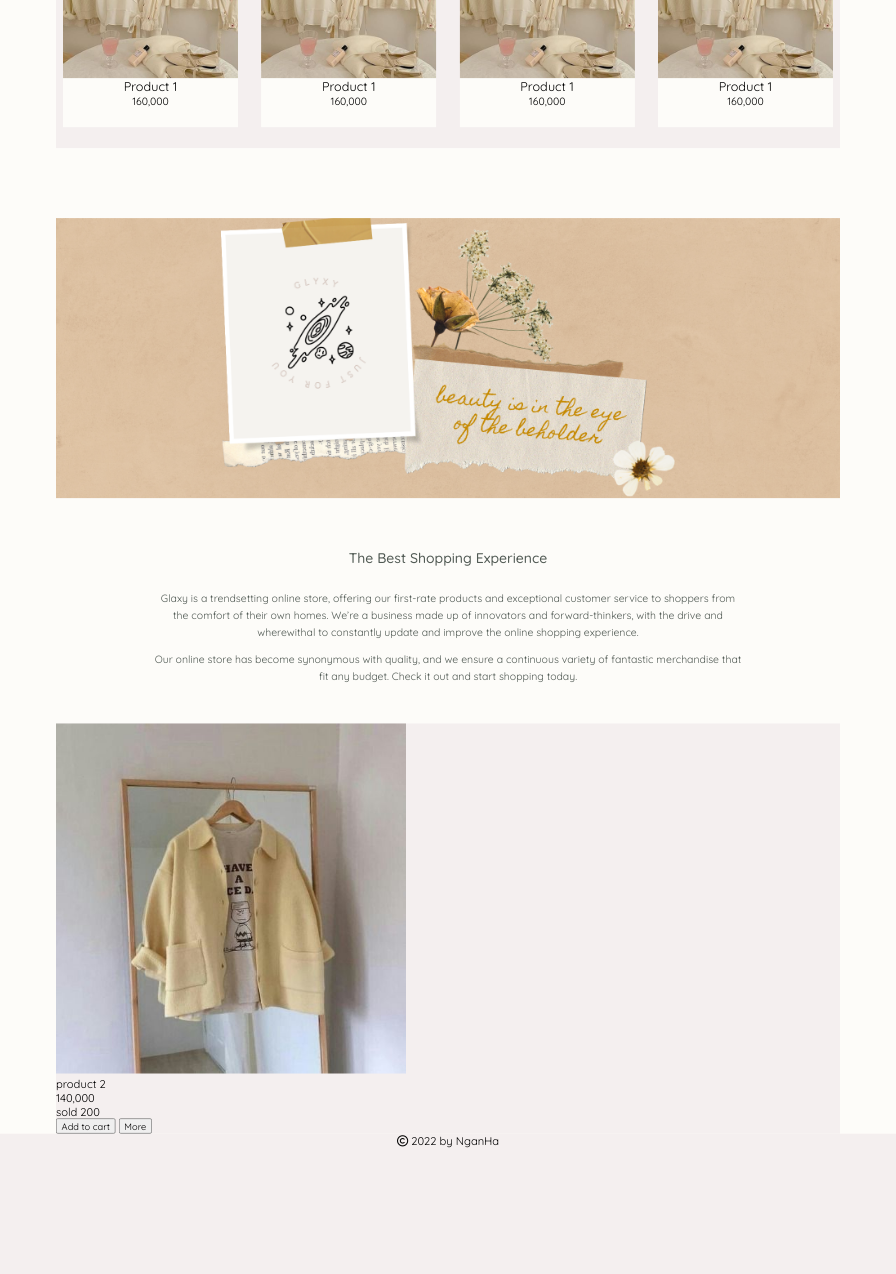
Repository: nganha241/store
Page: index.html
An editor plug-in stored every save of this project. The page is shown before and after the next save, followed by the edit.
The browser window is 1280 px wide. The pictures show the part of the page from y = 2181 to 4101 px (the page is 4001 px tall before and 4101 px after), at 70% of full size.
Some web libraries are served in a nearby version.

Above is the page before, as saved 2022-04-17 09:03:12.

After the next save:
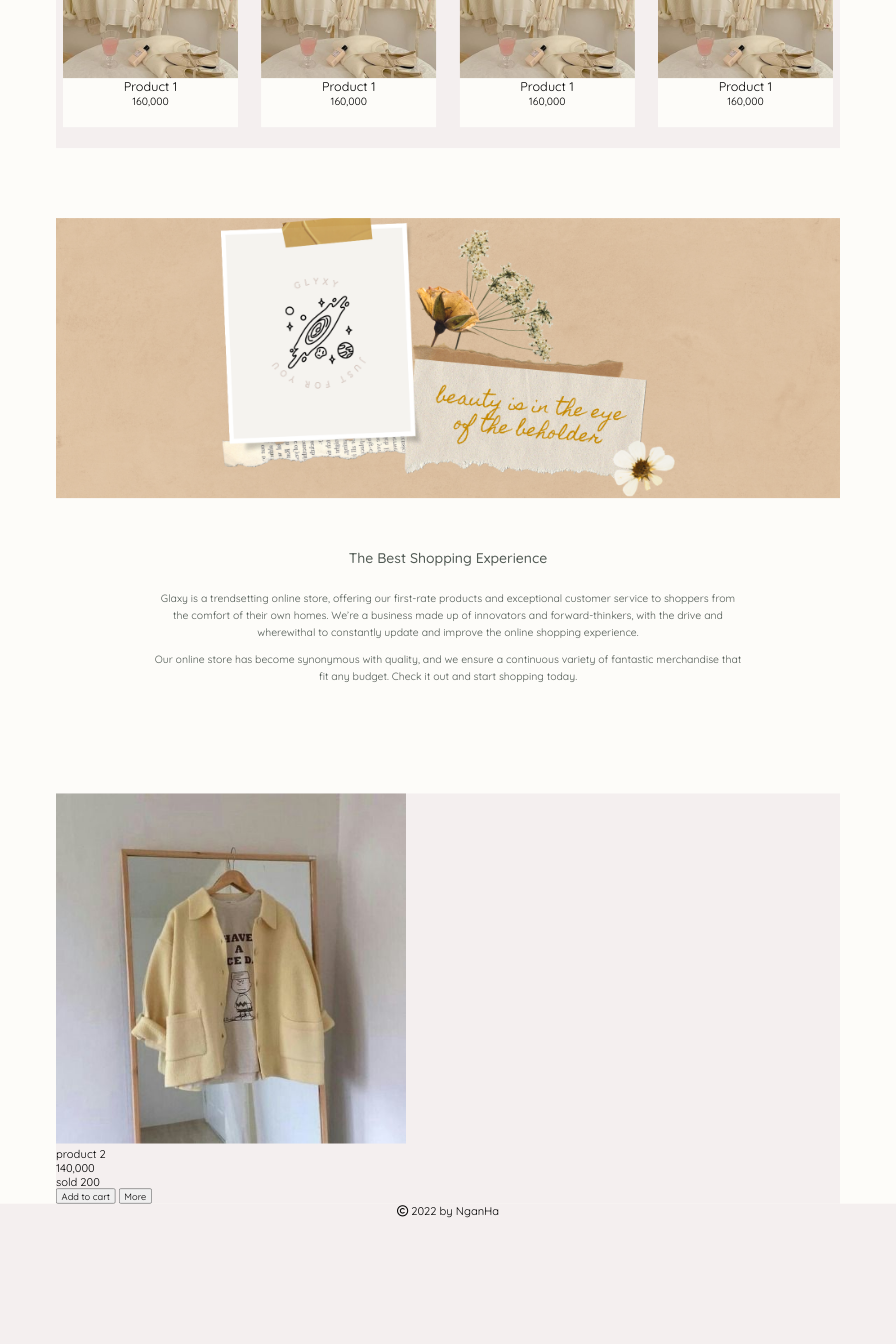
Saved 22 s later.
--- a/style.css
+++ b/style.css
@@ -288,6 +288,8 @@ li {
 }
 
 .section .featured {
+    height: auto;
+    margin-top: 100px;
     background: rgb(244, 239, 239);
 }
 
